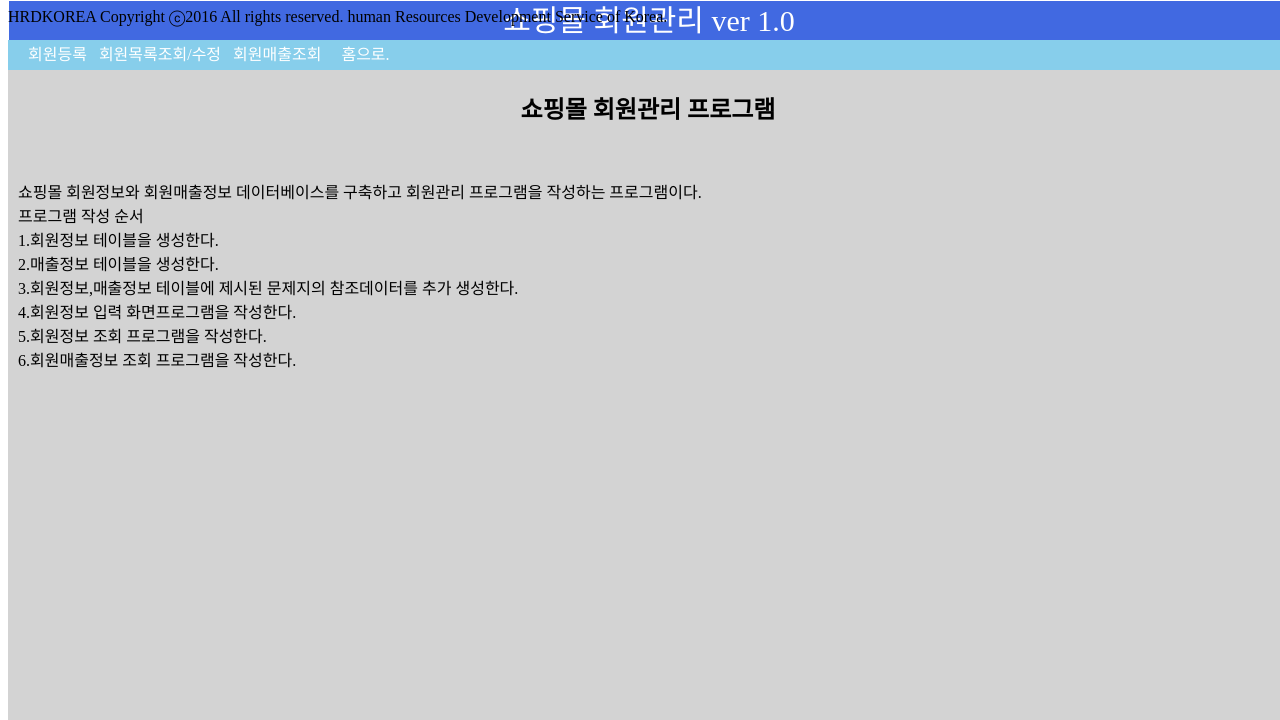
Repository: GotChun/license_practice
Page: http://localhost/HRD_8155/
These files come from the project's save history. The page is drawn as it stood at one moment and after the next save; the edit follows.
The browser window is 1280 px wide. The pictures show the whole page.
The page is served by Tomcat 9. Other server files are loaded and not shown.

Above is the page before, as saved 2025-02-18 14:29:49.

### HRD_8155/src/main/webapp/index.jsp
<%@ page language="java" contentType="text/html; charset=UTF-8"
    pageEncoding="UTF-8"%>
<!DOCTYPE html>
<html>
<head>
<meta charset="UTF-8">
<title>index</title>
</head>
<body>
	<header style=" position: fixed; top:0px; width: 100%; height:40px;
	 border:1px solid; background-color:royalblue; text-align: center; line-height:40px; font-size:30px; color:white;">쇼핑몰 회원관리 ver 1.0	</header>

	 <nav style="position:fixed; top:40px; width:100%; height:30px; line-height:30px;
	 background-color:skyblue; color:white; padding-left:20px;">회원등록&nbsp;&nbsp;  회원목록조회/수정&nbsp;&nbsp;  회원매출조회&nbsp;&nbsp;&nbsp;&nbsp;  홈으로. </nav>

	 <section style="position:fixed; top:70px; width:100%; height:100%;
	 background-color:lightgray; ">
	 	<h2 style="text-align:center; font-weight:bolder;"> <strong>쇼핑몰 회원관리 프로그램</strong></h2><br>
	 	<p style="padding-left:10px;">
	 	쇼핑몰 회원정보와 회원매출정보 데이터베이스를 구축하고 회원관리 프로그램을 작성하는 프로그램이다.<br>
	 	프로그램 작성 순서<br>
	 	1.회원정보 테이블을 생성한다.<br>
	 	2.매출정보 테이블을 생성한다.<br>
	 	3.회원정보,매출정보 테이블에 제시된 문제지의 참조데이터를 추가 생성한다.<br>
	 	4.회원정보 입력 화면프로그램을 작성한다.<br>
	 	5.회원정보 조회 프로그램을 작성한다.<br>
	 	6.회원매출정보 조회 프로그램을 작성한다.<br>
	 	</p>
	 </section>

	 <footer style=" position:fixed;">HRDKOREA Copyright ⓒ2016 All rights reserved. human Resources Development Service of Korea. </footer>

</body>
</html>

After the next save:
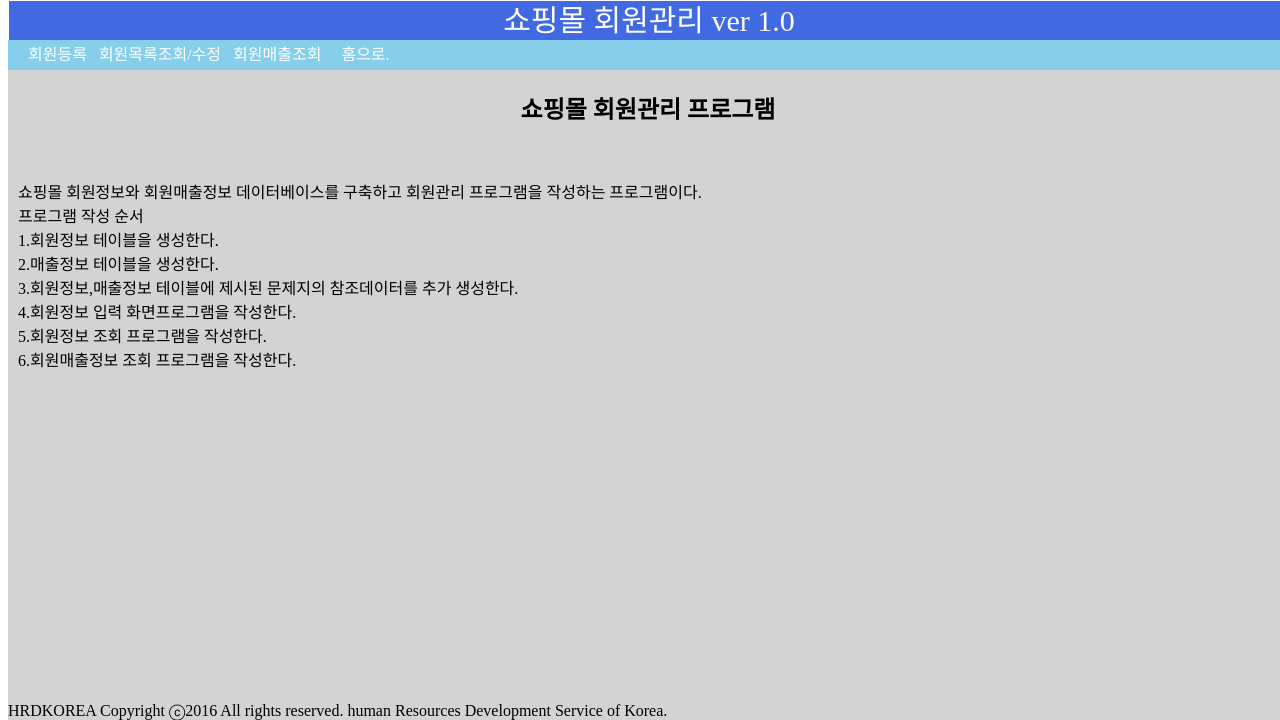
Saved 11 s later.
--- a/HRD_8155/src/main/webapp/index.jsp
+++ b/HRD_8155/src/main/webapp/index.jsp
@@ -28,7 +28,7 @@
 	 	</p>
 	 </section>
 
-	 <footer style=" position:fixed;">HRDKOREA Copyright ⓒ2016 All rights reserved. human Resources Development Service of Korea. </footer>
+	 <footer style=" position:fixed; bottom:0px;">HRDKOREA Copyright ⓒ2016 All rights reserved. human Resources Development Service of Korea. </footer>
 
 </body>
 </html>
